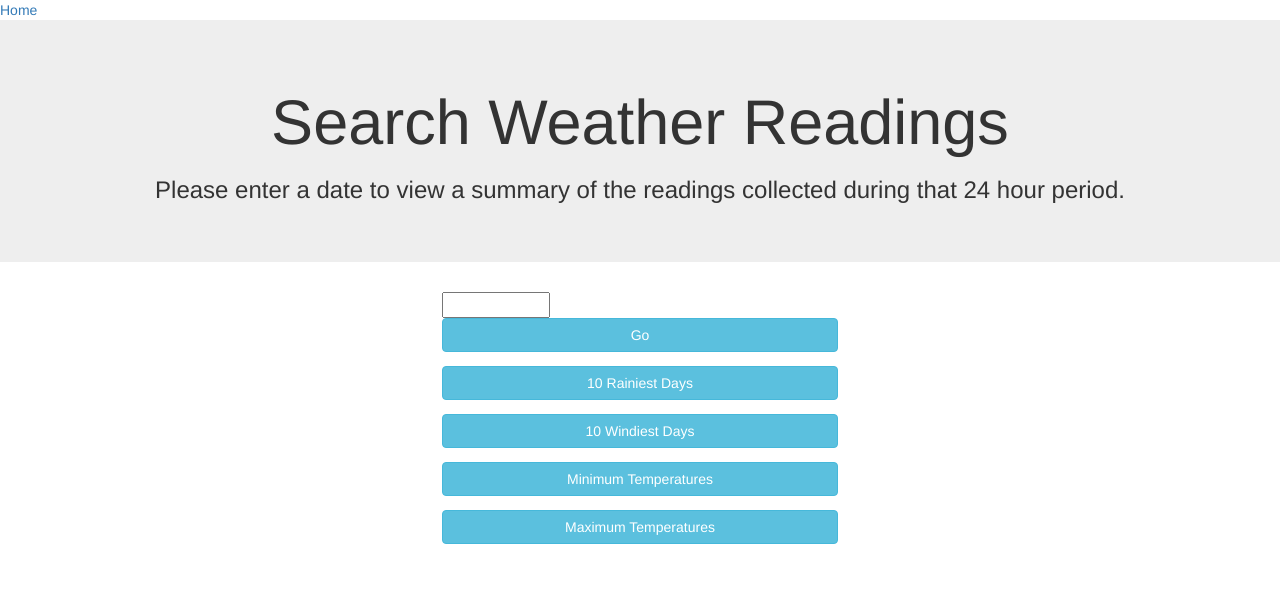
Repository: kralin27/ILC
Page: http://localhost/TESCWeather/WEB-INF/jsp/Search.jsp
These files come from the project's save history. The page is drawn as it stood at one moment and after the next save; the edit follows.
The browser window is 1280 px wide. The pictures show the whole page.
The page is served by Tomcat 9. Nobody is signed in. The template is opened directly, without the code that normally fills it, so the values that code supplies are empty.

Above is the page before, as saved 2016-12-13 02:56:52.

After the next save:
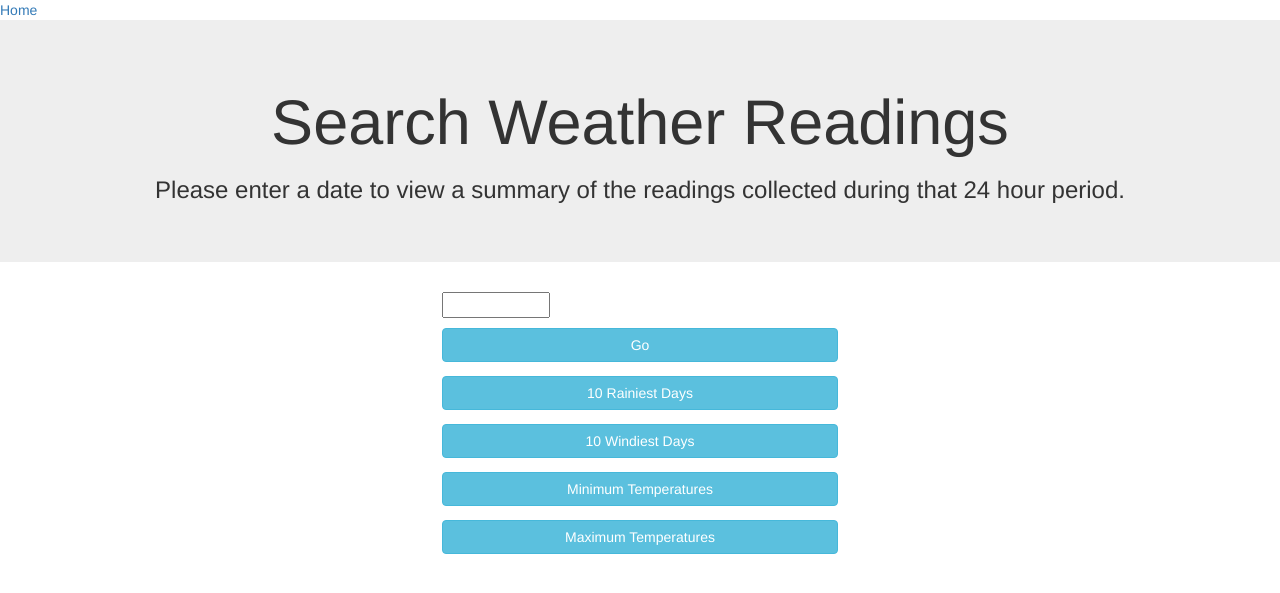
Saved 60 s later.
--- a/TESCWeather/src/main/webapp/WEB-INF/jsp/Search.jsp
+++ b/TESCWeather/src/main/webapp/WEB-INF/jsp/Search.jsp
@@ -23,7 +23,9 @@
 
 <div class="col-md-4 col-md-offset-4">
 	<form method="GET" action=" <spring:url value="/WeatherReadings/Date" />">
+		<p text-alignment="center">
 		<input type="text" name="date" size="10" >
+		</p>
 		<p>
 		<button type="submit" class="btn btn-large btn-block btn-info"> Go</button>
 	</form>
